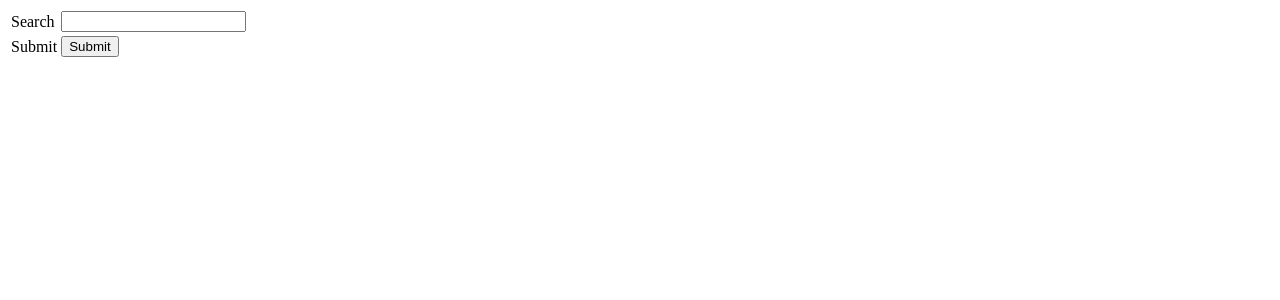
Repository: pawankumarsharm/UST_JDBC_SERVLET
Page: jdbc/webappp/WebContent/search.html
The author's editor kept a copy of each file at every save. The page is drawn from the files as they stood at one save, then again after the next save.
The browser window is 1280 px wide. The pictures show the whole page.

Above is the page before, as saved 2019-11-14 04:09:56.

After the next save:
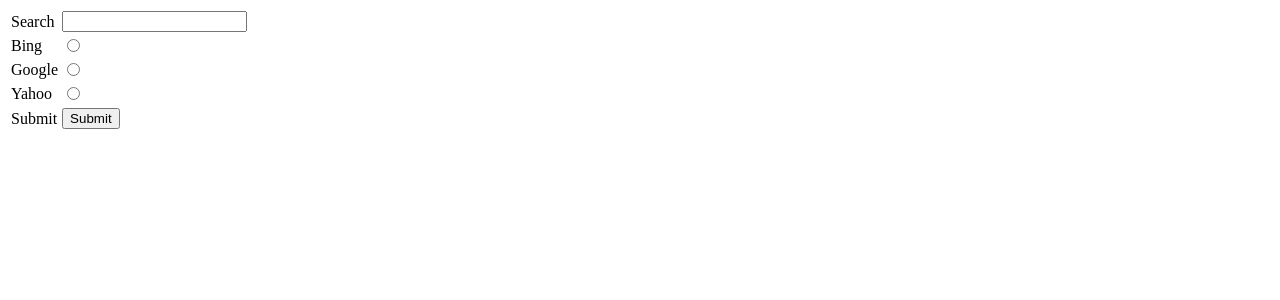
Saved 15 min 8 s later.
--- a/jdbc/webappp/WebContent/search.html
+++ b/jdbc/webappp/WebContent/search.html
@@ -10,6 +10,23 @@
 <tr>
 <td>Search</td>
 <td><input name="search" type="text"></td>
+</tr>
+<tr>
+<td>Bing</td>
+<td><input type="radio" name="select" value="Bing"></td>
+
+</tr>
+
+<tr>
+<td>Google</td>
+<td><input type="radio" name="select" value="Google"></td>
+
+</tr>
+
+<tr>
+<td>Yahoo</td>
+<td><input type="radio" name="select" value="Yahoo"></td>
+
 </tr>
 <tr>
 <td>Submit</td>
